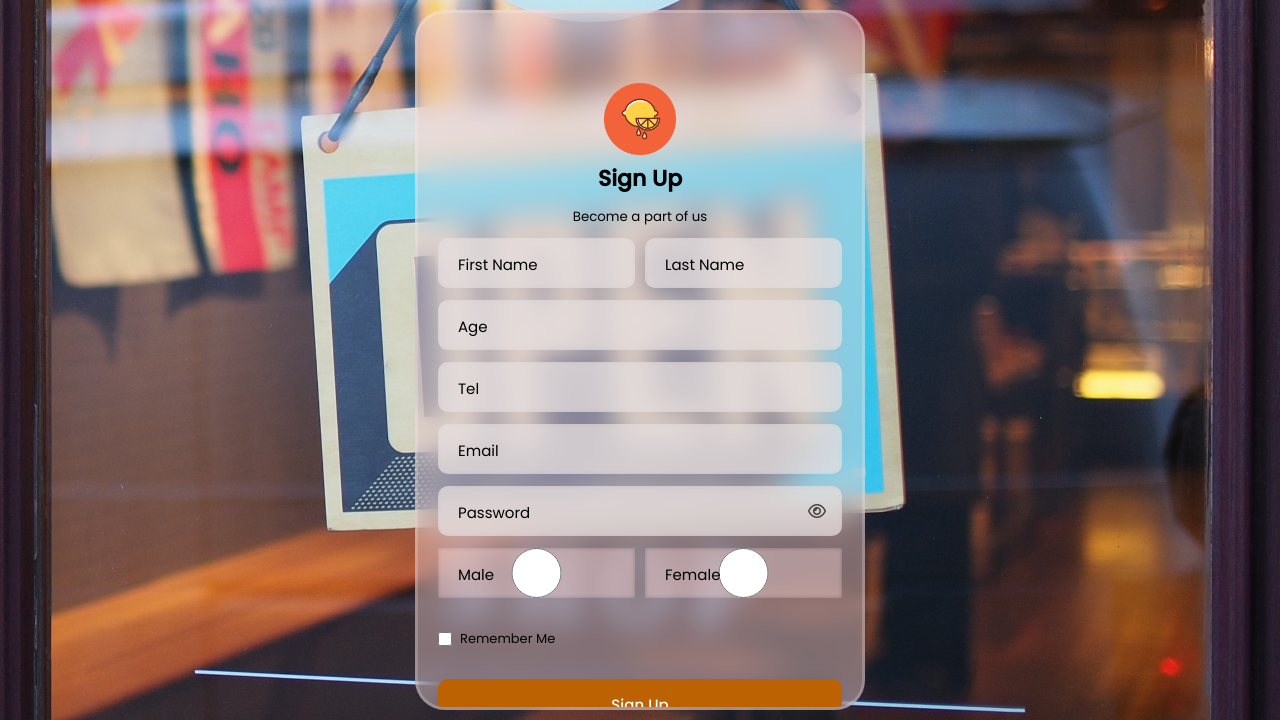
Repository: MauDucKG/BigFarm
Page: http://localhost/BigFarm/views/main/register/index.php?page=main&controller=register&action=submit
These files come from the project's save history. The page is drawn as it stood at one moment and after a run of saves; the edit follows.
The browser window is 1280 px wide. The pictures show the whole page.
Some web libraries are served in a nearby version. The page is run by PHP 8.4 with error messages shown; the project is at /var/www/html/.

Above is the page before, as saved 2023-04-26 22:28:43.

After the next 2 saves:
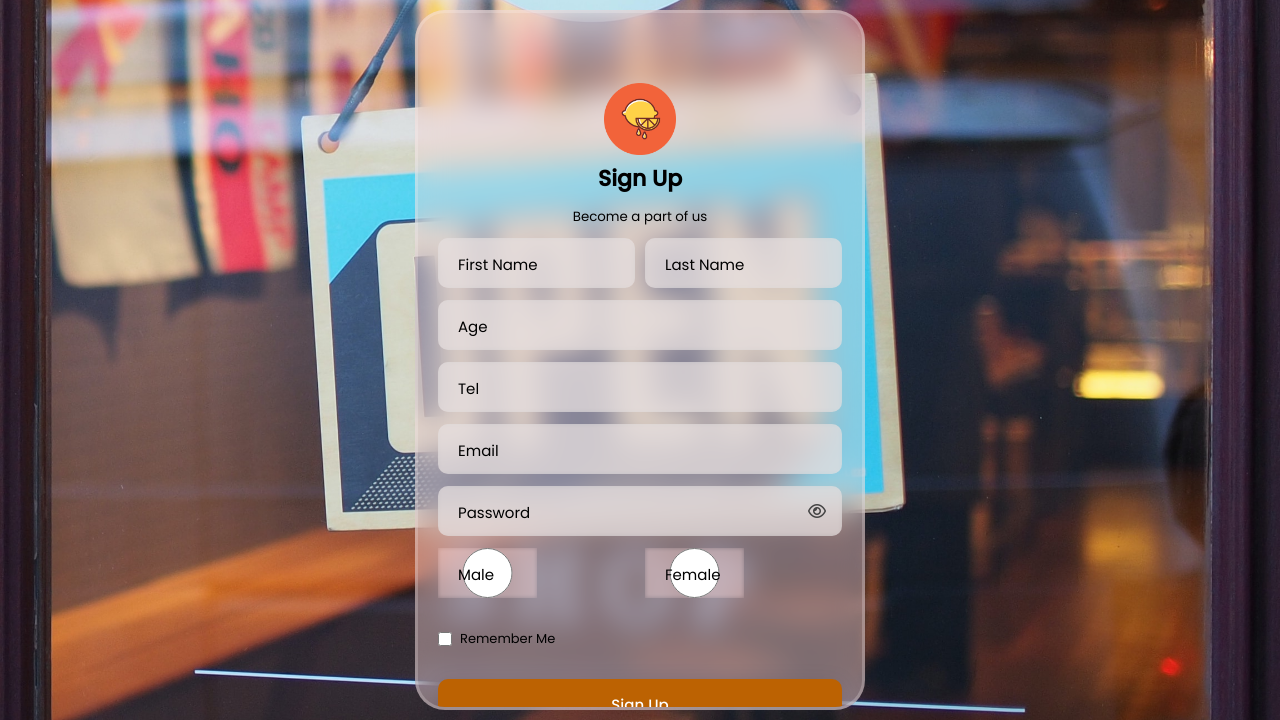
The 2 saves are shown as one change because they came seconds apart.
The last was saved 87 s later.
--- a/assets/stylesheets/register.css
+++ b/assets/stylesheets/register.css
@@ -158,8 +158,8 @@ i{
     column-gap: 10px;
 }
 .gender-box .input-box{
-    width: 100%;
+    width: 50%;
 }
 .gender-box .input-field{
-    width: 100%;
+    width: 50%;
 }
